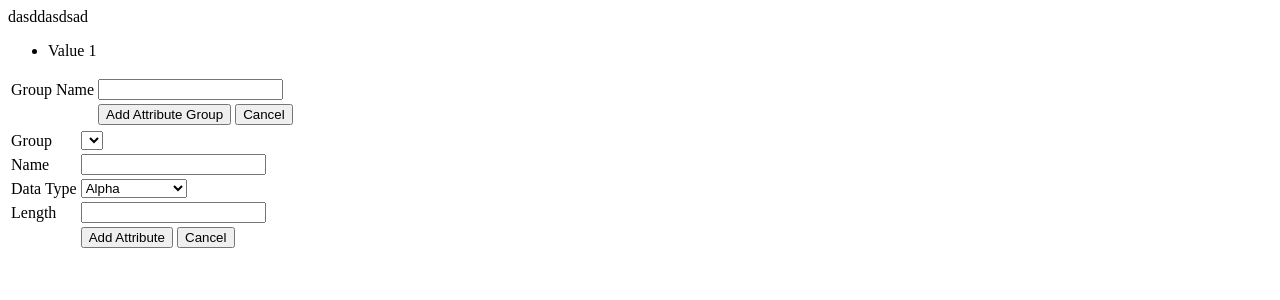
Repository: joliest/MyGits
Page: http://localhost/MiniTracker/Attribute.jsp
An editor plug-in stored every save of this project. The page is shown before and after the next save, followed by the edit.
The browser window is 1280 px wide. The pictures show the whole page.
Some web libraries are served in a nearby version. The page is served by Tomcat 9. Other server files are loaded and not shown.

Above is the page before, as saved 2017-10-12 13:10:36.

### Java/Project_JIRA/MiniTracker/WebContent/Attribute.jsp
<%@ page language="java" contentType="text/html; charset=ISO-8859-1"
    pageEncoding="ISO-8859-1"%>
<html>
	<head>
		<title>Attribute Page</title>
		<script src="https://ajax.googleapis.com/ajax/libs/jquery/3.2.1/jquery.min.js"></script>
		<script src="js/Attribute.js"></script>
	</head>
	<body>

	${param.test}

		dasddasdsad
		<div id="AttributeListBox">
			<ul id="RoleList">
				<li>Value 1</li>
			</ul>

		</div>

		<div id="AttributeGroupTextFieldBox">
			<table>
				<tr>
					<td>Group Name</td>
					<td><input type="text" id="attribGroupName"></td>
				</tr>
				<tr>
					<td></td>
					<td><button type="button" id="addAttributeGroup">Add Attribute Group</button>
						<button type="button" id="cancel">Cancel</button></td>
				</tr>
			</table>
		</div>

		<div id="AttributeTextFieldBox">
			<table>
				<tr>
					<td>Group</td>
					<td>
						<select id="selectAttributeGroup"></select>
					</td>
				</tr>
				<tr>
					<td>Name</td>
					<td><input type="text" id="attribName"></td>
				</tr>
				<tr>
					<td>Data Type</td>
					<td>
						<select id="attribDataType">
							<option>Alpha</option>
							<option>AlphaNumeric</option>
							<option>Numeric</option>
							<option>Date</option>
							<option>Selection</option>
						</select>
					</td>
				</tr>
				<tr>
					<td>Length</td>
					<td><input type="text" id="attribLength"></td>
				</tr>
				<tr>
					<td></td>
					<td><button type="button" id="addAttribute">Add Attribute</button>
						<input type="button" value="Cancel">
					</td>
				</tr>
			</table>
		</div>


	</body>
</html>

### Java/Project_JIRA/MiniTracker/WebContent/js/Attribute.js

/*
 	Add validation that detects blank values
 */

$(document).ready(function(){

	$.post("/MiniTracker/Attribute.do",
			{category : ""},
			function(data, status) {
				$("#selectAttributeGroup").html(data);
			})


	$("#addAttribute").click(function(){
		$.post("/MiniTracker/Attribute.do",
				{
					category : "addAttribute",
					groupName : $("#attribGroup").val(),
					groupId : $("option:selected").attr("attributeid"),
					name : $("#attribName").val(),
					dataType : $("#attribDataType").val(),
					length : $("#attribLength").val()
				},
				function(data, status) {
					alert(data);
				})
	})

	$("#addAttributeGroup").click(function(){
		$.post("/MiniTracker/Attribute.do",
				{
					category : "addAttributeGroup",
					name : $("#attribGroupName").val()
				},
				function(data, status) {
					alert(data);
				})
	})

})


/*
function addAttribute(value) {
	var buttonType = value;

	var xhttp = new XMLHttpRequest();

	xhttp.onreadystatechange = function() {
		if(this.readyState == 4 && this.status == 200) {
			alert("Ok");
		}
	};

	xhttp.open("POST", "MiniTracker/");
	xhttp.send();
}

*/

### Java/Project_JIRA/MiniTracker/src/com/tracker/Attribute/web/AttributeServlet.java
package com.tracker.Attribute.web;

import javax.servlet.http.*;

import com.tracker.Module;
import com.tracker.Attribute.model.Attribute;
import com.tracker.Attribute.model.AttributeGroup;
import com.tracker.DatabaseHelper.*;

import javax.servlet.*;

import java.io.IOException;
import java.io.PrintWriter;
import java.util.*;

public class AttributeServlet extends HttpServlet{

	public void doPost(HttpServletRequest request, HttpServletResponse response) throws ServletException, IOException {
		//doGet(request, response);
		response.setContentType("text/html");
		PrintWriter out = response.getWriter();

		String category = request.getParameter("category");
		String alert = "";

		DatabaseManager managerTask = new AttributeDatabaseManager(request);
		AttributeDatabaseManager attributeManagerTask = (AttributeDatabaseManager) managerTask;

		if(category.equals("addAttribute")) {

			Attribute attributeAdder = new Attribute(request);
			DatabaseManager addAttributeManager = new AttributeDatabaseManager(attributeAdder);
			addAttributeManager.add();

			alert +=  attributeAdder.getName() + " is added.";

		} else if(category.equals("loadAttributesPanel")) {
			HashMap<Integer, String> attributeGroups = managerTask.listGroups();
			HashMap<Integer, String> attributes;

			for(Map.Entry<Integer, String> groupEntry : attributeGroups.entrySet()) {

				String groupId = groupEntry.getKey().toString();
				String groupName = groupEntry.getValue().toString();

				int attributeGroupId = groupEntry.getKey();
				attributes = managerTask.getMembersByGroupId(attributeGroupId);

				//generates <li groupId="100">GroupName</li>
				//alert += "<li groupId=\"" + groupId + "\">";
				alert += "<li>";
				alert +=  "<b groupId=\"" + groupId + "\" id=\"attributeGroupListRow\">" + groupName + "</b>";
				alert += "<ul>";
				for(Map.Entry<Integer, String> entry : attributes.entrySet()) {
					String id = entry.getKey().toString();
					String attributeName = entry.getValue().toString();

					//generates <li attributeId="1001">AttributeName</li>
					alert += "<li id=\"attributeListRow\" attributeId=\"" + id + "\">";
					alert += attributeName;
					alert += "</li>";
				}
				alert += "</ul>";
				alert += "</li>";
			}

		} else if(category.equals("getAttributeGroup")) {
			int attributeId = getAttributeId(request);
			alert += attributeManagerTask.getAttributeGroupById(attributeId);

		} else if(category.equals("getAttributeName")) {
			int attributeId = getAttributeId(request);
			alert += attributeManagerTask.getAttributeNameById(attributeId);

		} else if(category.equals("getDataType")) {
			int attributeId = getAttributeId(request);
			alert += attributeManagerTask.getAttributeDataTypeById(attributeId);

		} else if(category.equals("getLength")) {
			int attributeId = getAttributeId(request);
			alert += attributeManagerTask.getAttributeLengthById(attributeId);

		} else if(category.equals("deleteAttribute")) {
			int attributeId = getAttributeId(request);
			alert += managerTask.remove(attributeId);

		}else {

		}
		out.print(alert);
	}

	private int getAttributeId(HttpServletRequest request) {
		String attributeIdValue = request.getParameter("attributeId");
		int attributeId = Integer.parseInt(attributeIdValue);
		return attributeId;
	}
}

After the next save:
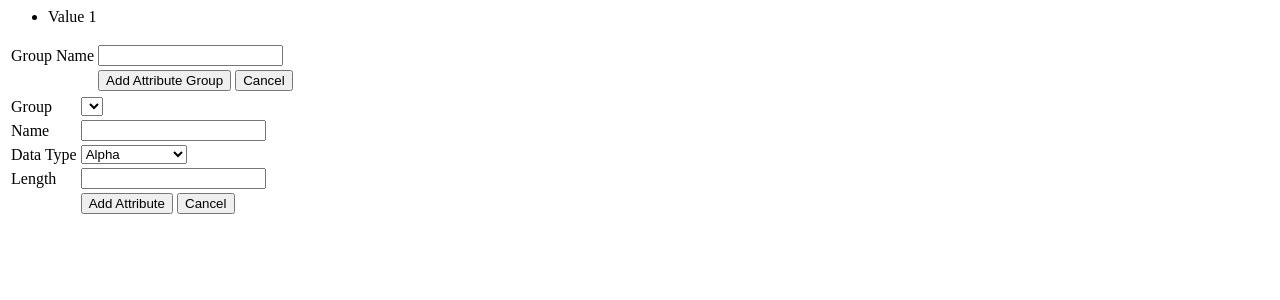
Saved 27 min 15 s later.
--- a/Java/Project_JIRA/MiniTracker/WebContent/Attribute.jsp
+++ b/Java/Project_JIRA/MiniTracker/WebContent/Attribute.jsp
@@ -8,9 +8,7 @@
 	</head>
 	<body>
 
-	${param.test}
 
-		dasddasdsad
 		<div id="AttributeListBox">
 			<ul id="RoleList">
 				<li>Value 1</li>
